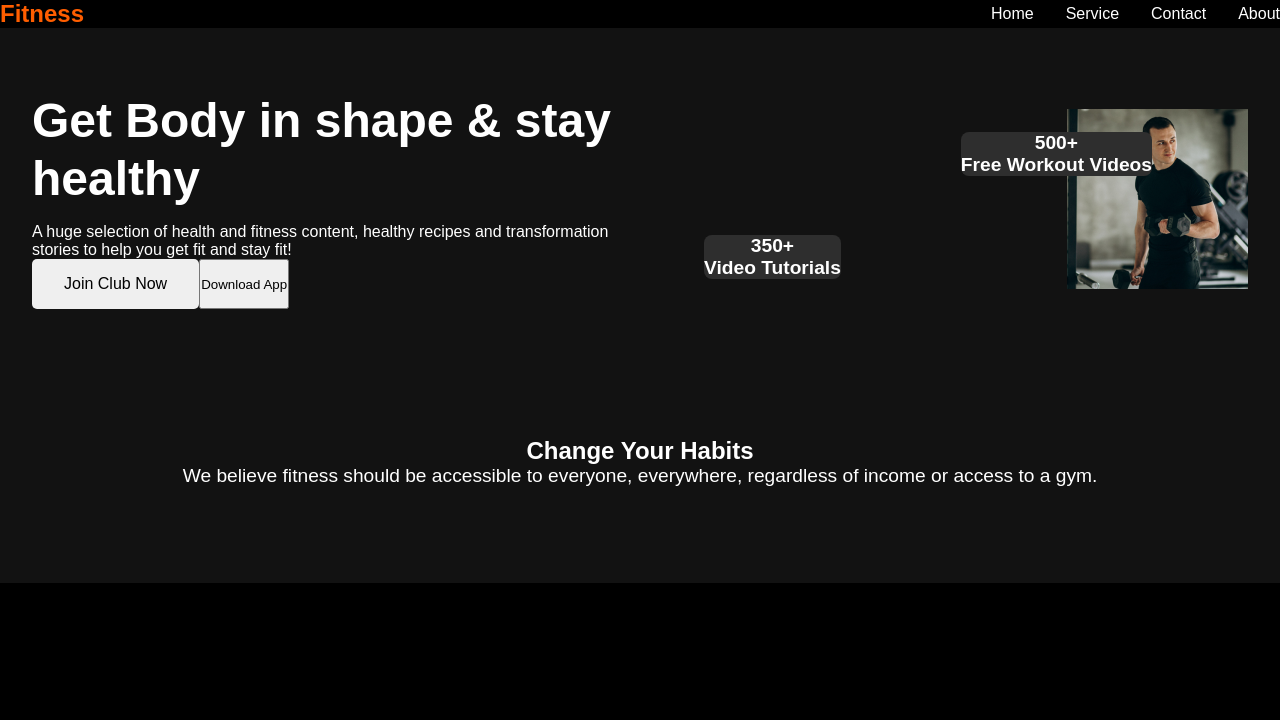
Repository: Aminul-Islam85/Assignment-2
Page: index.html
An editor plug-in stored every save of this project. The page is shown before and after the next save, followed by the edit.
The browser window is 1280 px wide. The pictures show the whole page.

Above is the page before, as saved 2024-10-23 15:29:37.

### index.html
<!DOCTYPE html>
<html lang="en">
<head>
    <meta charset="UTF-8">
    <meta name="viewport" content="width=device-width, initial-scale=1.0">
    <title>Fitness Website</title>
    <link rel="stylesheet" href="styles.css">
</head>
<body>

    <nav class="navbar">
        <h1 class="heading-text"></a>Fitness</h1>
        <ul class="nav-links">
            <li><a href="#"></a>Home</li>
            <li><a href="#"></a>Service</li>
            <li><a href="#"></a>Contact</li>
            <li><a href="#"></a>About</li>
        </ul>
        <div class="hamburger">
            <span></span>
            <span></span>
            <span></span>
        </div>
    </nav>

    <section class="hero">
        <div class="hero-content">
            <h1>Get Body in <span class="highlighted">shape</span> & stay healthy</h1>
            <p>A huge selection of health and fitness content, healthy recipes and transformation stories to help you get fit and stay fit!</p>
            <div class="hero-buttons">
                <button class="cta-btn join-btn"> Join Club Now</button>
                <button cta-btn download-btn>Download App</button>
            </div>
        </div>
        <div class="hero-image">
            <img src="images/image 5.png" alt="Trainer">
        </div>

        <div class="info-card workout-card">500+<br>Free Workout Videos</div>
        <div class="info-card tutorial-card">350+<br>Video Tutorials</div>
    </section>

    <section class="habits">
        <h1>Change Your Habits</h1>
        <p>We believe fitness should be accessible to everyone, everywhere, regardless of income or access to a gym.</p>
        <div>
            <div></div>
            <div></div>
            <div></div>
            <div></div>
        </div>

    </section>


</body>
</html>

### styles.css
/*Global Styles*/
* {
    margin: 0;
    padding: 0;
    box-sizing: border-box;
}

body {
    font-family: 'Arial', sans-serif;
    background-color: black;
    color: #fff;
}

/*Navbar*/
.navbar {
    display: flex;
    justify-content: space-between;
    align-items: center;
    padding: 1 rem 2 rem;
    background-color: transparent;
}

.heading-text {
    font-size: 1.5rem;
    color: #ff5e00;
}

/*nav-link hidden in moble*/
.nav-links {
    list-style: none;
    display: flex;
    gap: 2rem;
}

.nav-links a {
    color: #fff;
    text-decoration: none;
    font-size: 1rem;
}

/*Hamburger menu hidden in desktop*/
.hamburger {
    display: none;
    flex-direction: column;
    cursor: pointer;
}

.hamburger span {
    width: 25px;
    height: 3px;
    background-color: #fff;
    margin: 4px;
    transition: 0.3s;
}

/*responsiveness*/

@media (max-width: 768) {
    .nav-links {
        display: none;
    }
    .hamburger {
        display: flex;
    }
    /*hamburger clicked show nav-links*/
    .navbar.active .nav-links {
        display: flex;
        flex-direction: column;
        position: absolute;
        top: 60px;
        right: 0;
        background-color: #12121212;
        width: 100%;
        height: auto;
        text-align: center;
        padding: 1rem;
    }
    .nav-links li {
        margin: 1rem 0;
    }
}

/* Hero section*/
.hero {
    display: flex;
    justify-content: space-between;
    align-items: center;
    padding: 4rem 2rem;
    background-color: #121212;
    position: relative;
}
.hero-content {
    max-width: 50%;
}

.hero h1 {
    font-size: 3rem;
    line-height: 1.2;
    margin-bottom: 1rem;
}

.hero.highlighted {
    font-style: italic;
    font-weight: 700;
    color: #ff5e00;
}

hero p {
    font-size: 1.2rem;
    margin-bottom: 2rem;
}

.hero-buttons {
    display: flex;
    gap: irem;
}

.cta-btn {
    padding: 1rem 2rem;
    font-size: 1rem;
    border: none;
    border-radius: 5px;
    cursor: pointer;
}

.join.btn {
    background-color: #ff5e00;
    color: #fff;
}

.download-btn {
    background-color: transparent;
    border: 2px solid #fff;
    color: #fff;
}

.hero-image img {
    max-width: 100%;
    height: auto;
}

/*Info Cards*/
.info-card {
    position: absolute;
    background-color: #2e2e2e;
    color: white;
    border-radius: 8px;
    padding: 1re 1.5rem;
    font-size: 1.2rem;
    font-weight: bold;
    text-align: center;
}

.workout-card {
    top: 30%;
    right: 10%;
}

.tutorial-card {
    top: 60%;
    left: 55%;
}

/*Hero reponsive for mobile*/
@media (max-width: 768px) {
.hero {
    flex-direction: column;
    text-align: center;
}
.hero-content {
    max-width: 100%;
    margin-bottom: 2rem;
}
.hero-image img {
    max-width: 100%;
    height: auto;
}
.info-card {
    font-size: 1rem;
    padding: 0.75rem 1 rem;
    position: relative;
    margin: 1rem auto;
    width: auto;
}
.workout-card, .tutorial-card {
    top: auto;
    left: auto;
    right: auto;
    transform: none;
    margin-bottom: 1rem;
 }
}

/*Hero Buttons on mobile*/
@media (max-width:480px) {
    .hero-buttons {
        flex-direction: column;
        gap: 1rem;
    }
    .cta-btn {
        width: 100%;
    }
}

/*Change habit section*/
.habits {
    padding: 4rem 2rem;
    text-align: center;
    background-color: #121212;
}

.habits h2 {
    font-size: 2.5rem;
    margin-bottom: 1rem;
}

.habits p {
    font-size: 1.2rem;
    margin-bottom: 2rem;
}

.habits-gallery {
    display: flex;
    justify-content: space-around;
    align-items: center;
    flex-wrap: wrap;
    gap: 2rem;
}

.habit-item {
    text-align: center;
    max-width: 200px;
}

.habit-item img {
    width: 100px;
    height: 100px;
    border-radius: 50%;
    margin-bottom: 1rem;
}

.habit-item h3 {
    font-size: 1.5rem;
    margin-bottom: 0.5rem;
}
.habit-item p {
    font-size: 1rem;
    color: #aaa;
}

/*Extra mile section*/
.extra-mile {
    display: flex;
    justify-content: space-between;
    align-items: center;
    background-color: #2e2e2e;
    padding: 4rem 2rem;
    border-radius: 20px;
    margin: 4rem 0;
}

.extra-mile-content {
    max-width: 50%;
}
extra-mile h2 {
    font-size: 2.5rem;
    margin-bottom: 1rem;
}
.extra-mile p {
    font-size: 1.2rem;
    margin-bottom: 2rem;
}
.extra-mile btn {
    background-color: #ff5e00;
    color: white;
    border: none;
    padding: 1rem 2rem;
    border-radius: 5px;
    cursor: pointer;
}
.extra-mile image img {
    border-radius: 10px;
    max-width: 100%;
}
/*Footer*/
footer {
    text-align: center;
    padding: 1rem;
    background-color: #333;
    color: #fff;
    margin-top: 2rem;
}
/*responsive design*/
@media (max-width: 768px) {
    .hero h1 {
        font-size: 2rem;
    }
    .hero p {
        font-size: 1rem;
    }
    .extra-mile {
        flex-direction: column;
        text-align: center;
    }
    .extra-mile-content, .extra-mile-image {
        max-width: 100%;
    }
}

@media (max-width: 480px) {
    hero h1 {
        font-size: 1.5rem;
    }
    .hero p {
        font-size: 0.9rem;
    }
}

/* Trainings and Exercise*/
.trainings-exercises {
    padding: 4rem 2rem;
    text-align: center;
    background-color: #121212;
}

.trainings-exercises h2 {
    font-size: 2.5rem;
    margin-bottom: 1rem;
}
.trainings-exercises p {
    font-size: 1.2rem;
    margin-bottom: 2rem;
    color: #aaa;
}
.exercise-gallery {
    display: grid;
    grid-template-columns: repeat(3, 1fr);
    gap: 1rem;
}
.exercise-item {
    position: relative;
}
.exercise-item img {
    width: 100%;
    height: auto;
    border-radius: 10px;
}
.exercise-overlay {
    position: absolute;
    top: 0;
    left: 0;
    width: 100%;
    height: 100%;
    background-color: rgba(0, 0, 0, 0.5);
    color: white;
    display: flex;
    justify-content: center;
    align-items: center;
    opacity: 0;
    transition: opacity 0.3s ease;
    border-radius: 10px;
}
.exercise-item:hover .exercise-overlay {
    opacity: 1;
}
.exercise-overlay p {
    font-size: 1.2rem;
    text-align: center;
}

/*BMI*/
.bmi-calculator {
    background-color: #121212;
    padding: 4rem 2rem;
}
.bmi-title {
    text-align: center;
    margin-bottom: 2rem;
}
.bmi-title h2 {
    font-size: 2.5rem;
    margin-bottom: 1rem;
    color: #fff;
}
.bmi-title p {
    font-size: 1.2rem;
    color: #aaa;
}

/*calculator*/
.bmi-content {
    display: flex;
    justify-content: space-between;
    align-items: flex-start;
    background-color: #121212;
    padding: 2rem;
    border-radius: 20px;
}
.bmi-chart {
    flex: 1;
    margin-right: 2rem;
}
.bmi-chart h3 {
    color:#fff;
    margin-bottom: 1rem;
}
.bmi-chart table {
    width: 100%;
    border-collapse: collapse;
}
.bmi-chart table th, .bmi-chart table td {
    padding: 1rem;
    text-align: left;
    border: 1px solid #fff;
    color: #fff;
}
.bmi-form {
    flex: 1;
}
bmi-form h3 {
    color: #fff;
    margin-bottom: 1rem;
}
bmi-form p {
    margin-bottom: 2rem;
    color: #aaa;
}
.bmi-form input, .bmi-form select {
    width: 100%;
    padding: 1rem;
    margin-bottom: 1rem;
    border-radius: 5px;
    border: none;
    background-color: #333;
    color: #fff;
}
.bmi-form select {
    cursor: pointer;
}
.bmi-form, .calculate-btn {
    width: 100%;
    padding: 1rem 2rem;
    border-radius: 5px;
    border: none;
    background-color: #ff5e00;
    color: white;
    cursor: pointer;
    text-align: center;
}

/*responsiveness*/
@media (max-width: 768px) {
    .bmi-content {
        flex-direction: column;
    }
    .bmi-chart {
        margin-right: 0;
        margin-bottom: 2rem;
    }
}

/*Meet our team*/
.team-selection {
    background-color: #121212;
    padding: 4rem 2rem;
}
.team-title {
    text-align: center;
    margin-bottom: 2rem;
}
.team-title h2 {
    font-size: 2.5rem;
    margin-bottom: 1rem;
    color: #fff;
}
.team-title p {
    font-size: 1.2rem;
    color: #aaa;
}

/*Team-content*/
.team-content {
    display: grid;
    grid-template-columns: repeat(3,1fr);
    gap: 1.5rem;
    background-color: #2e2e2e;
    padding: 2rem;
    border-radius: 20px;
}
.team-member {
    position: relative;
    border-radius: 10px;
    overflow: hidden;
}
.team-member img {
    width: 100%;
    height: auto;
    border-radius: 10px;
}
.team-overlay {
    position: absolute;
    bottom: 0;
    left: 0;
    width: 100%;
    background-color: rgba(0, 0, 0, 0.5);
    color: white;
    padding: 1rem;
    text-align: center;
    transition: background-color 0.3s ease;
}
.team-member:hover .team-overlay {
    background-color: rgba(0, 0, 0, 0.7);
}
.team-overlay h3 {
    margin: 0;
    font-size: 1.2rem;
}
.team-overlay p {
    margin: 0.5rem 0 0;
    font-size: 0.9rem;
}

/*responsive design*/
@media (max-width: 768px) {
    .team.content {
        grid-template-columns: repeat(2, 1fr);
    }
}

@media (max-width: 480px) {
    .team.content {
        grid-template-columns: 1fr;
    }
}

/*footer section*/
.footer-section {
    background-color: #2e2e2e;
    padding: 4rem 2rem;
    color: #fff;
}
.footer-content {
    display: flex;
    justify-content: space-between;
    align-items: flex-start;
    margin-bottom: 2rem;
}
.footer-logo {
    font-size: 2.5rem;
    color: #ff5e00;
}
.footer-content p {
    max-width: 300px;
    color: #aaa;
}
.footer-links {
    display: flex;
    flex-direction: column;
}
.footer-links h3 {
    margin-bottom: 1rem;
}
.footer-links ul {
    list-style: none;
    padding: 0;
}
.footer-links li {
    margin-bottom: 0.5rem;
}
.footer-links a {
    color: #fff;
    text-decoration: none;
    transition: 0.3s ease;
}
.footer-links a:hover {
    color: #ff5e00;
}
.footer-bottom {
    text-align: center;
    padding-top: 1rem;
    border-top: 1px solid #444;
    color: #aaa;
}

/*rensiveness*/
@media (max-width: 768px) {
    .footer-content {
        flex-direction: column;
        text-align: center;
    }
    .footer-links {
        margin-top: 2rem;
    }
}

After the next save:
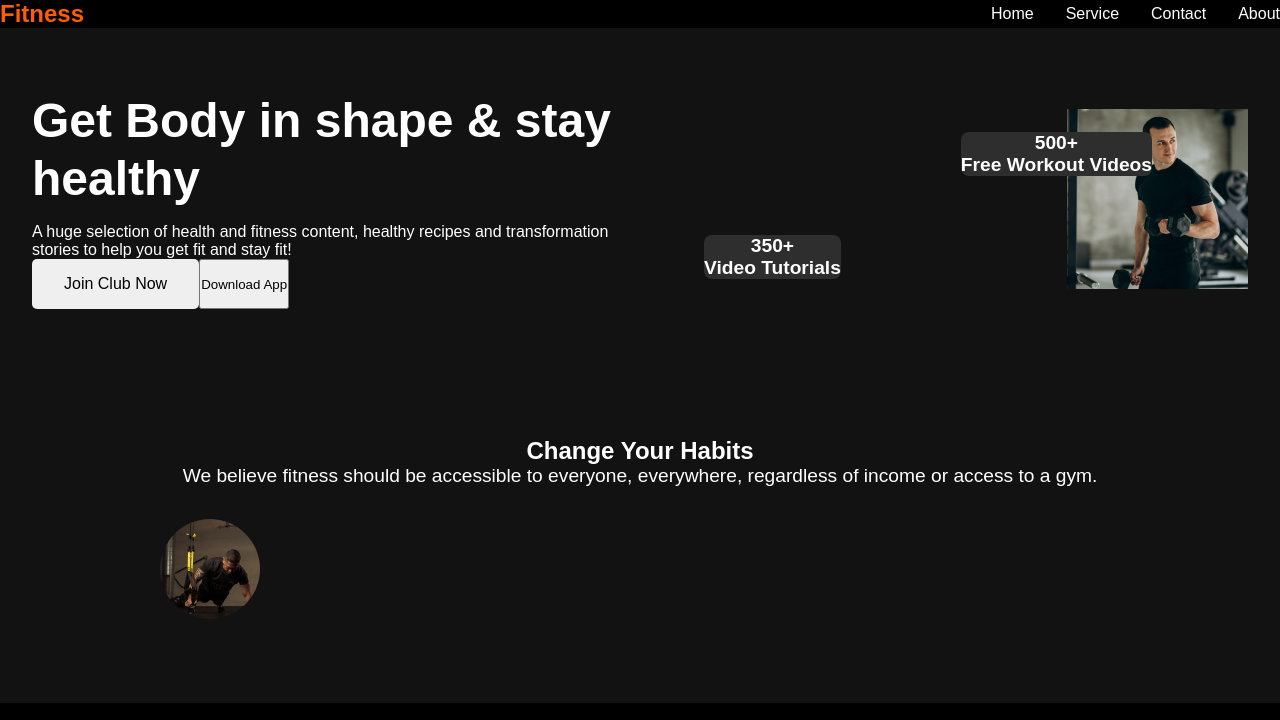
Saved 114 s later.
--- a/index.html
+++ b/index.html
@@ -43,8 +43,10 @@
     <section class="habits">
         <h1>Change Your Habits</h1>
         <p>We believe fitness should be accessible to everyone, everywhere, regardless of income or access to a gym.</p>
-        <div>
-            <div></div>
+        <div class="habits-gallery">
+            <div class="habit-item">
+                <img src="images/image 3.png" alt="Movement">
+            </div>
             <div></div>
             <div></div>
             <div></div>
